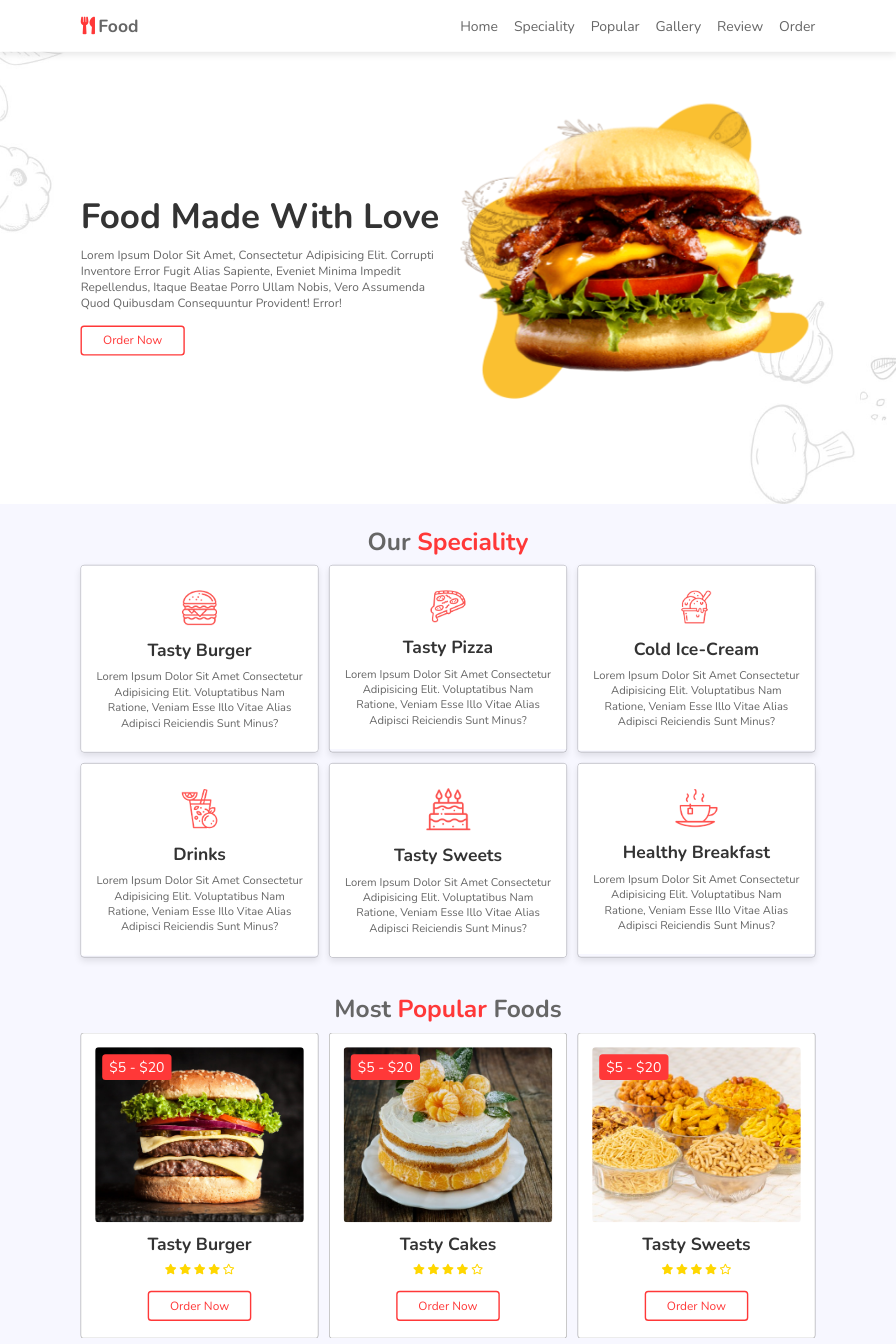
Repository: ManhTanVN/food
Page: index.html
These files come from the project's save history. The page is drawn as it stood at one moment and after the next save; the edit follows.
The browser window is 1280 px wide. The pictures show the part of the page from y = 0 to 1920 px (the page is 2384 px tall before and 3185 px after), at 70% of full size.
The style sheet was rebuilt from its Sass, Less or Tailwind sources for each picture, by a compiler version that may differ from the author's.

Above is the page before, as saved 2021-08-29 19:21:22.

After the next save:
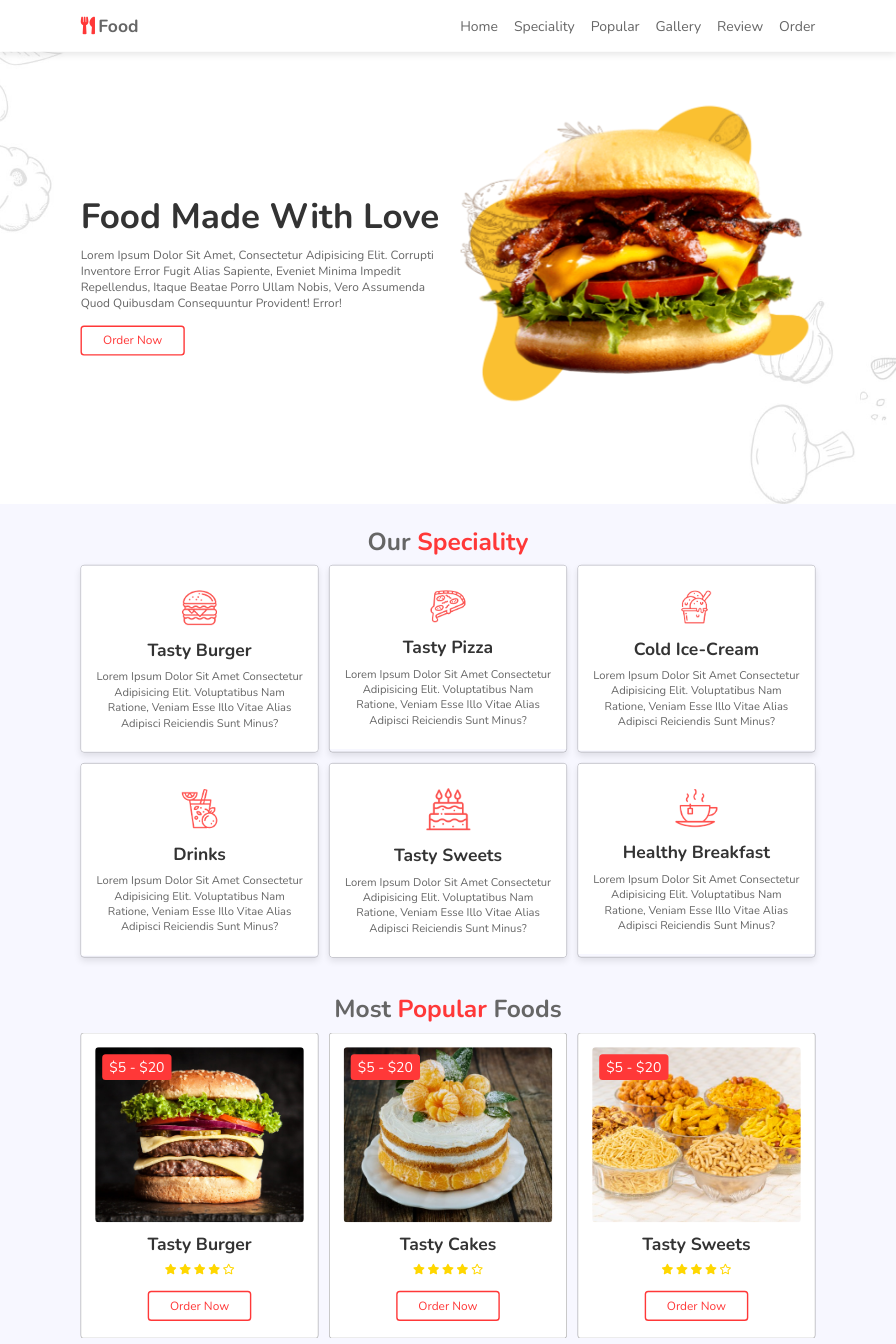
Saved 6 min 13 s later.
--- a/index.html
+++ b/index.html
@@ -185,7 +185,29 @@
     </section>
     <!-- popular section ends -->
 
+    <!-- Step section starts -->
+    <section class="steps">
+        <div class="box">
+            <img src="./assets/images/step-1.jpg" alt="">
+            <h3>choose your favorite food</h3>
+        </div>
+        <div class="box">
+            <img src="./assets/images/step-2.jpg" alt="">
+            <h3>free and fast delivery</h3>
+        </div>
+        <div class="box">
+            <img src="./assets/images/step-3.jpg" alt="">
+            <h3>easy payments methods</h3>
+        </div>
+        <div class="box">
+            <img src="./assets/images/step-4.jpg" alt="">
+            <h3>and finally, enjoy your food</h3>
+        </div>
+    </section>
+    <!-- Step section ends -->
+
 <!-- custom js -->
 <script src="./assets/js/main.js"></script>
+<!-- custom js -->
 </body>
 </html>
